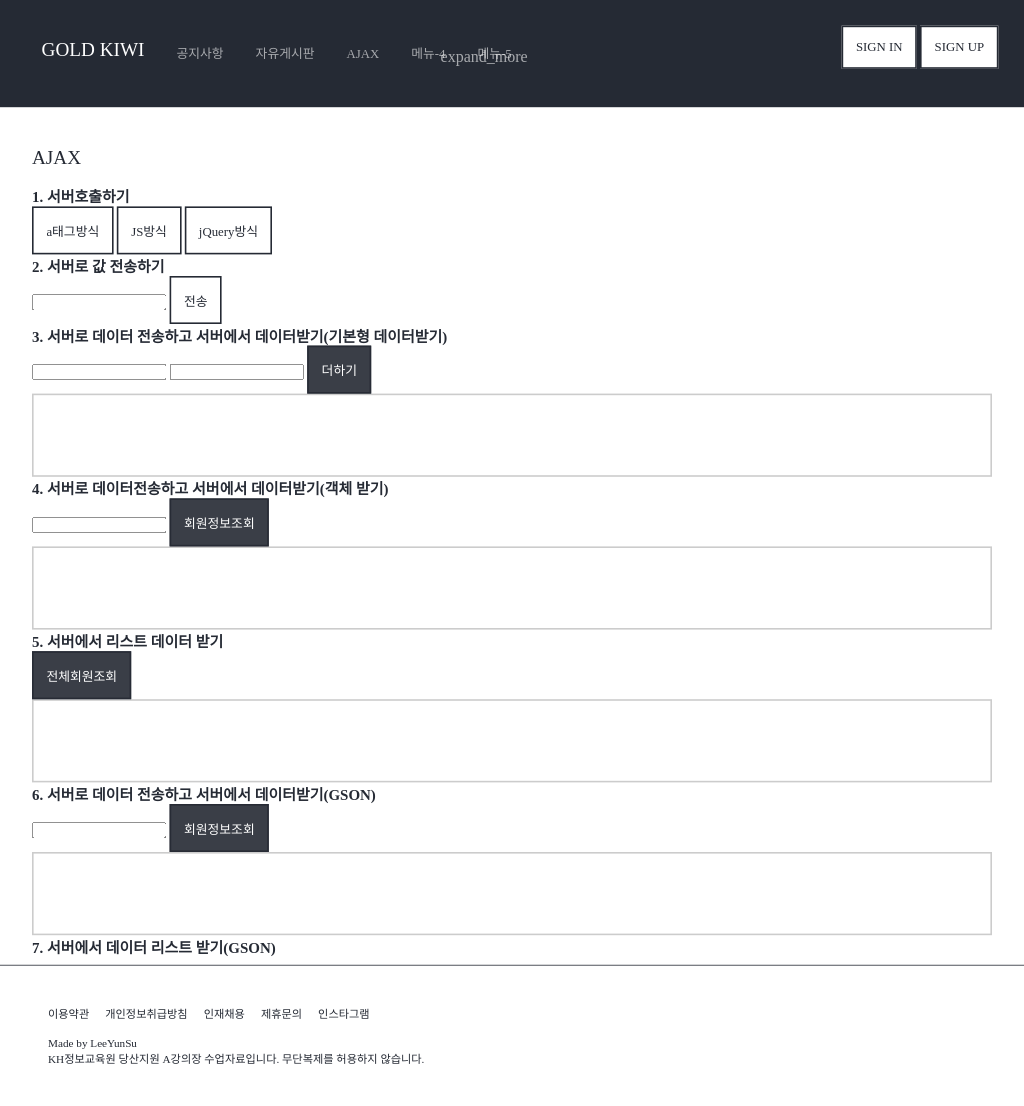
Repository: RiboKim/web-workspace
Page: http://localhost/07_mvc2WebProject/ajax.do
These files come from the project's save history. The page is drawn as it stood at one moment and after the next save; the edit follows.
The browser window is 1280 px wide. The pictures show the whole page, at 80% of full size.
Some web fonts or font styles are not loaded; a fallback is used. The page is served by Tomcat 9.

Above is the page before, as saved 2023-02-21 05:12:22.

After the next save:
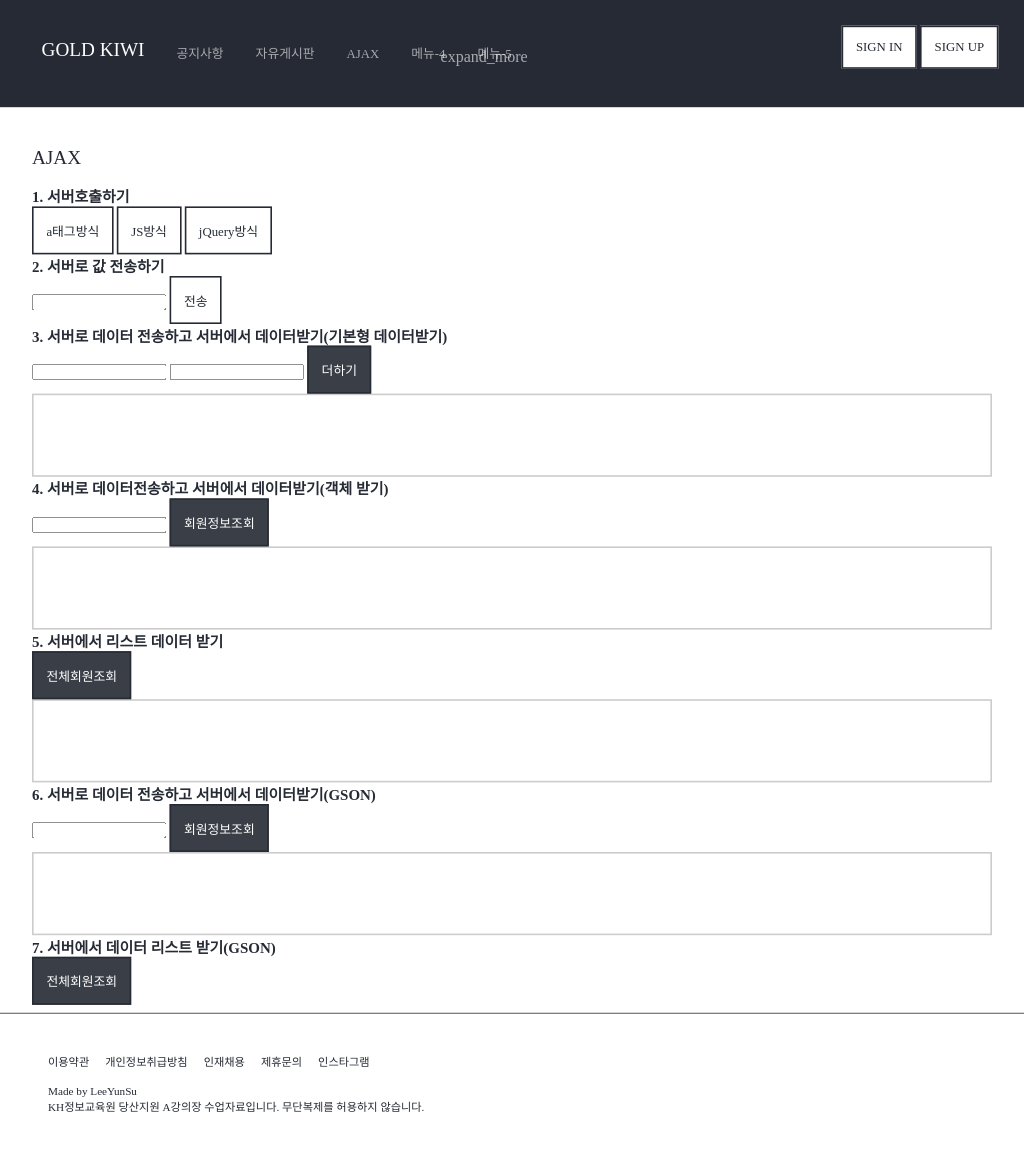
Saved 29 s later.
--- a/07_mvc2WebProject/src/main/webapp/WEB-INF/views/etc/ajax.jsp
+++ b/07_mvc2WebProject/src/main/webapp/WEB-INF/views/etc/ajax.jsp
@@ -46,6 +46,7 @@
 		<p class="ajaxResult" id="result6"></p>
 
 		<h3>7. 서버에서 데이터 리스트 받기(GSON)</h3>
+		<button class="btn bc1" id="jQ7">전체회원조회</button>
 	</div>
 	<script>
 		$("#js").on("click",function(){
